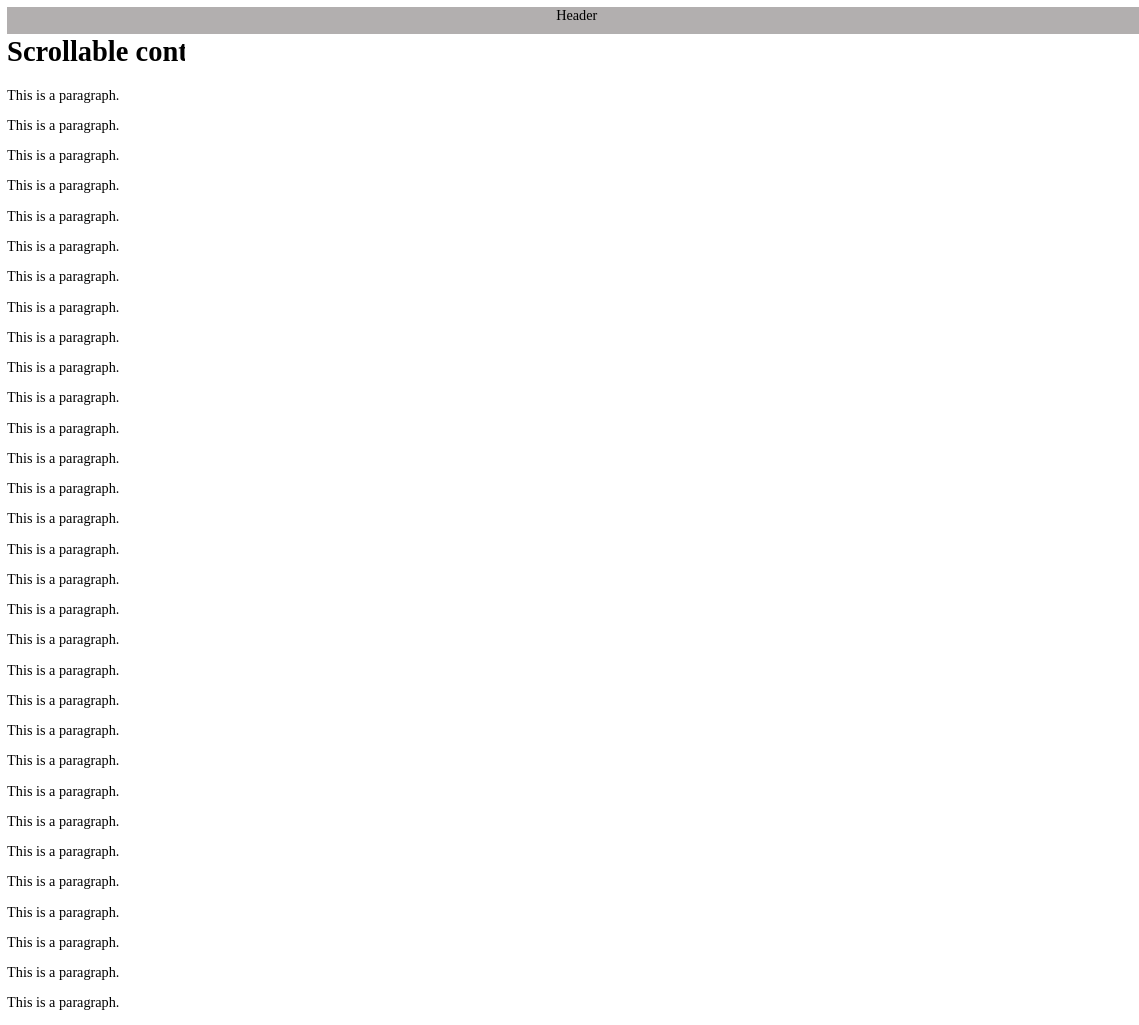
Repository: Sarah7223/internet-programming-tp
Page: TP1/ex9.html
The author's editor kept a copy of each file at every save. The page is drawn from the files as they stood at one save, then again after the next save.
The browser window is 1280 px wide. The pictures show the whole page, at 89% of full size.
An inner scrolling area shows only its first screen.

Above is the page before, as saved 2022-12-26 16:03:03.

### TP1/ex9.html
<html>
    <head>
        <style>
            .header{
                background-color: rgb(178, 175, 175);
                text-align: center;
                position: fixed;
                height: 30px;
                width: 100%;

            }
            .content{
                top:10px;
                position: relative;
                height: auto;
                overflow-y:scroll;
                overflow-x:hidden;
                width: 200px;
                white-space: nowrap;

            }
            /*
            body::-webkit-scrollbar {
                width: 1em;
            }
            body::-webkit-scrollbar-track {
                box-shadow: inset 0 0 6px rgba(0, 0, 0, 0.3);
            }
            body::-webkit-scrollbar-thumb {
                background-color: darkgrey;
                outline: 1px solid slategrey;
            }
        */


        </style>
    </head>
    <body>
        <div class="container">
            <div class="header">
                Header
            </div>
            <div class="content">
                <h1>Scrollable content</h1>
                <p>This is a paragraph.</p>
                <p>This is a paragraph.</p>
                <p>This is a paragraph.</p>
                <p>This is a paragraph.</p>
                <p>This is a paragraph.</p>
                <p>This is a paragraph.</p>
                <p>This is a paragraph.</p>
                <p>This is a paragraph.</p>
                <p>This is a paragraph.</p>
                <p>This is a paragraph.</p>
                <p>This is a paragraph.</p>
                <p>This is a paragraph.</p>
                <p>This is a paragraph.</p>
                <p>This is a paragraph.</p>
                <p>This is a paragraph.</p>
                <p>This is a paragraph.</p>
                <p>This is a paragraph.</p>
                <p>This is a paragraph.</p>
                <p>This is a paragraph.</p>
                <p>This is a paragraph.</p>
                <p>This is a paragraph.</p>
                <p>This is a paragraph.</p>
                <p>This is a paragraph.</p>
                <p>This is a paragraph.</p>
                <p>This is a paragraph.</p>
                <p>This is a paragraph.</p>
                <p>This is a paragraph.</p>
                <p>This is a paragraph.</p>
                <p>This is a paragraph.</p>
                <p>This is a paragraph.</p>
                <p>This is a paragraph.</p>
            </div>
        </div>
    </body>
</html>

After the next save:
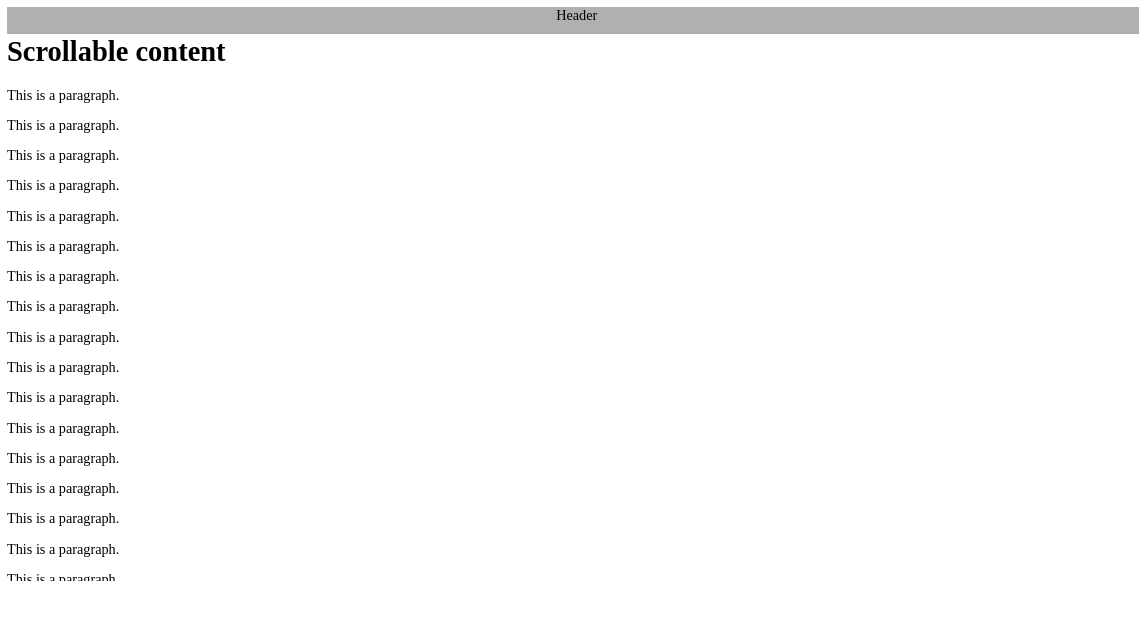
Saved 23 s later.
--- a/TP1/ex9.html
+++ b/TP1/ex9.html
@@ -12,11 +12,10 @@
             .content{
                 top:10px;
                 position: relative;
-                height: auto;
+                height: 90%;
                 overflow-y:scroll;
                 overflow-x:hidden;
-                width: 200px;
-                white-space: nowrap;
+
 
             }
             /*
